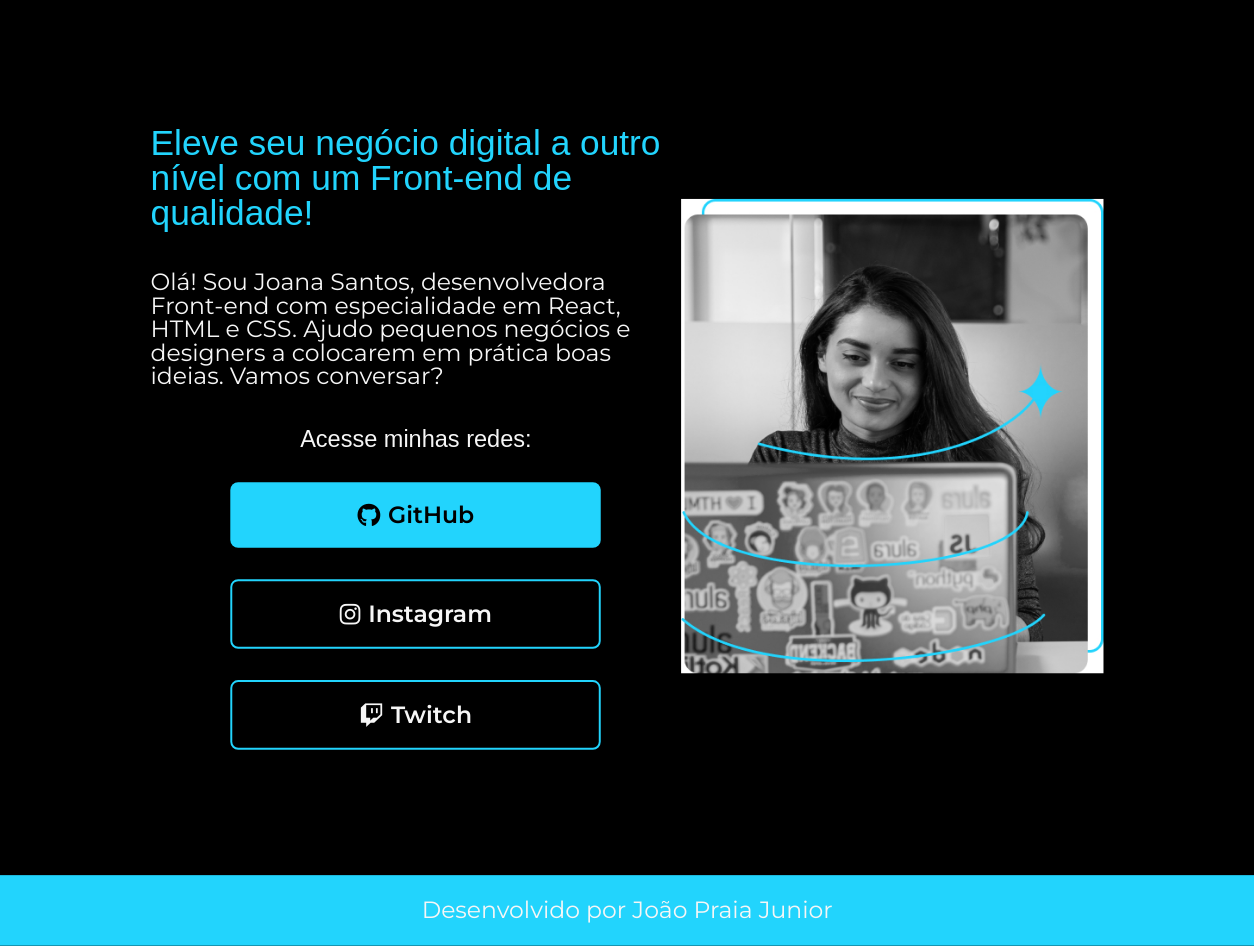
Repository: joaoPraiaJunior/html-basico
Page: index.html
The author's editor kept a copy of each file at every save. The page is drawn from the files as they stood at one save, then again after the next save.
The browser window is 1280 px wide. The pictures show the whole page, at 98% of full size.
Some web fonts or font styles are not loaded; a fallback is used. Some web libraries are served in a nearby version.

Above is the page before, as saved 2024-06-06 21:05:05.

### index.html
<!DOCTYPE html>
<html lang="pt-BR" dir="ltr">
  <head>
    <meta charset="UTF-8" />
    <meta http-equiv="X-UA-Compatible" content="IE=edge" />
    <meta name="viewport" content="width=device-width, initial-scale=1.0" />
    <title>Portifólio</title>
    <link rel="stylesheet" href="css/reset.css" />
    <link rel="stylesheet" href="css/style.css" />
  </head>
  <body>
    <header></header>
    <main class="apresentacao">
      <section class="apresentacao__conteudo">
        <h1 class="apresentacao__titulo">
          Eleve seu negócio digital a outro nível com um Front-end de qualidade!
        </h1>
        <p class="apresentacao__texto">
          Olá! Sou Joana Santos, desenvolvedora Front-end com especialidade em
          React, HTML e CSS. Ajudo pequenos negócios e designers a colocarem em
          prática boas ideias. Vamos conversar?
        </p>
        <div class="apresentacao__links">
          <h2 class="apresentacao__subtitulo">Acesse minhas redes:</h2>
          <a class="apresentacao__link" href="https://github.com/joaoPraiaJunior"><i class="fa-brands fa-github"></i> <span>GitHub</span></a>
          <a class="apresentacao__link apresentacao__link--transparente" href="https://www.instagram.com/joaopraiajunior/"><i class="fa-brands fa-instagram"></i> <span>Instagram</span></a>
          <a class="apresentacao__link apresentacao__link--transparente" href="http://"><i class="fa-brands fa-twitch"></i> <span>Twitch</span></a>
        </div>
      </section>
      <section class="apresentacao__imagem">
        <img src="images/Imagem.jpg" alt="foto da joana santos programando!" />
      </section>
    </main>
    <footer class="rodape"><P>Desenvolvido por João Praia Junior</P></footer>
  </body>
  <script src="https://kit.fontawesome.com/c4ee7a6e8c.js" crossorigin="anonymous"></script>
</html>

### css/reset.css
/* http://meyerweb.com/eric/tools/css/reset/
   v2.0 | 20110126
   License: none (public domain)
*/

* {
    box-sizing: border-box;
}

html, body, div, span, applet, object, iframe,
h1, h2, h3, h4, h5, h6, p, blockquote, pre,
a, abbr, acronym, address, big, cite, code,
del, dfn, em, img, ins, kbd, q, s, samp,
small, strike, strong, sub, sup, tt, var,
b, u, i, center,
dl, dt, dd, ol, ul, li,
fieldset, form, label, legend,
table, caption, tbody, tfoot, thead, tr, th, td,
article, aside, canvas, details, embed,
figure, figcaption, footer, header, hgroup,
menu, nav, output, ruby, section, summary,
time, mark, audio, video {
	margin: 0;
	padding: 0;
	border: 0;
	font: inherit;
	vertical-align: baseline;
}
/* HTML5 display-role reset for older browsers */
article, aside, details, figcaption, figure,
footer, header, hgroup, menu, nav, section {
	display: block;
}
body {
	line-height: 1;
}
ol, ul {
	list-style: none;
}
blockquote, q {
	quotes: none;
}
blockquote:before, blockquote:after,
q:before, q:after {
	content: '';
	content: none;
}
table {
	border-collapse: collapse;
	border-spacing: 0;
}

### css/style.css
@import url('https://fonts.googleapis.com/css2?family=Krona+One&family=Montserrat:wght@400;600&display=swap');

html {
  font-size: 62.5%;
}

body {
  color: #f6f6f6;
  background-color: #000;
  font-size: 1.6rem;
}

.apresentacao {
  margin: 10% 12%;
  display: flex;
  justify-content: space-between;
  align-items: center;
}

.apresentacao__conteudo {
  display:flex;
  flex-direction: column;
  width: 615px;
  gap: 40px;
}

.apresentacao__titulo {
  color: #22d4fd;
  font-family: 'Krona One', sans-serif;
  font-size: 3.6rem;
}

.apresentacao__subtitulo{
  font-family: 'Krona One', sans-serif;
  font-size: 2.4rem;
  font-weight: 400;
}

.apresentacao__texto {
  font-family: 'Montserrat', sans-serif;
  font-size: 2.4rem;
}

.apresentacao__links {
  display: flex;
  flex-direction: column;
  justify-content: space-between;
  align-items: center;
  row-gap: 32px;
}

.apresentacao__link {
  display:flex;
  justify-content: center;
  column-gap: 8px;
  color: #000;
  background-color: #22d4fd;
  font-family: 'Montserrat', sans-serif;
  font-size: 2.4rem;
  font-weight: 600;
  padding: 21.5px 0;
  width: 378px;
  border-radius: 8px;
  text-align: center;
  text-decoration: none;
}

.apresentacao__link--transparente {
  color: #f6f6f6;
  background-color: transparent;
  border: 2px solid #22d4fd;
  transition: all .5s ease-in-out;
}

.apresentacao__link--transparente:hover {
  background-color: #272727;
}

.apresentacao__link--transparente .fa-brands {
  transition: color .5s ease-in-out;
}

.apresentacao__link--transparente:hover .fa-brands {
  color: #22d4fd;
}

.apresentacao__imagem img {
  max-width: 100%;
}


.rodape {
  font-family: 'Montserrat', sans-serif;
  font-size: 2.4rem;
  font-weight: 400;
  background-color: #22d4fd;
  padding: 24px;
  text-align: center;
}

After the next save:
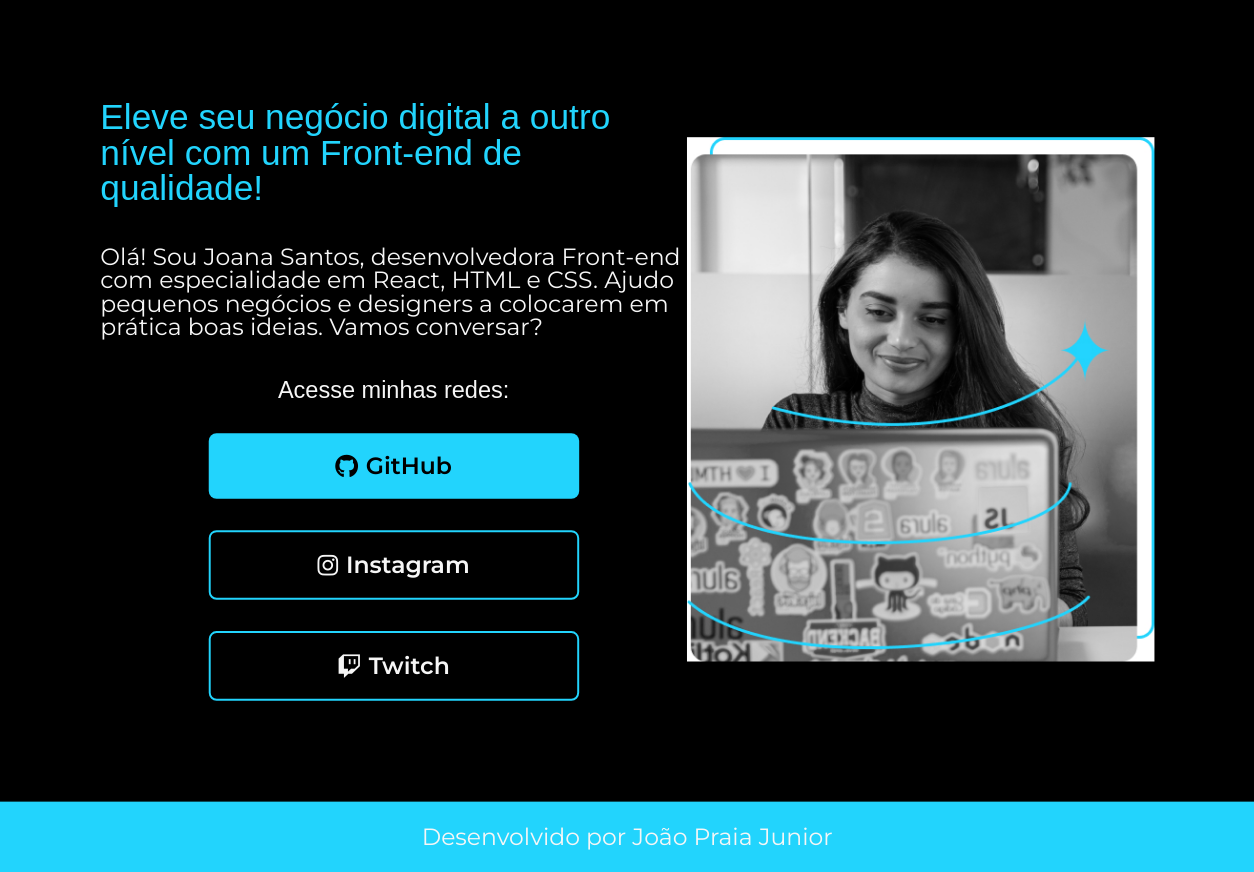
Saved 45 s later.
--- a/css/style.css
+++ b/css/style.css
@@ -11,7 +11,7 @@
 }
 
 .apresentacao {
-  margin: 10% 12%;
+  padding: 8%;
   display: flex;
   justify-content: space-between;
   align-items: center;
